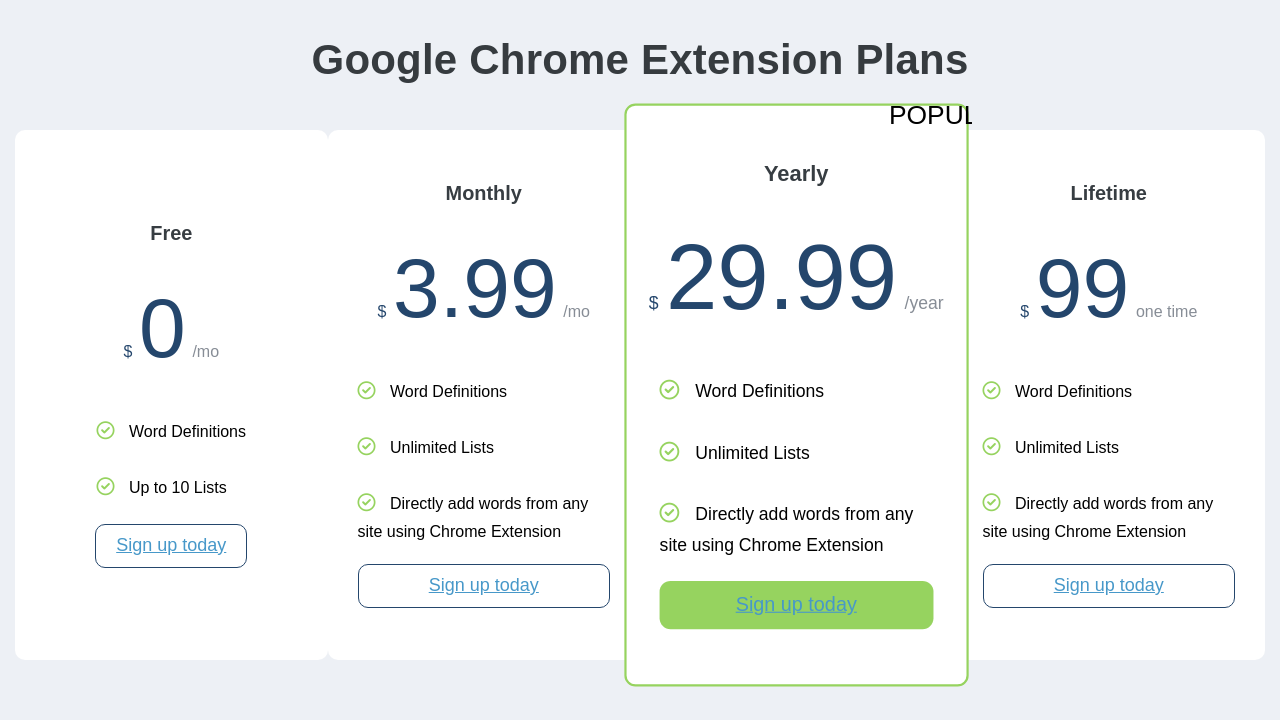
Repository: Novoselets28/chatos-test-task
Page: index.html
The author's editor kept a copy of each file at every save. The page is drawn from the files as they stood at one save, then again after the next save.
The browser window is 1280 px wide. The pictures show the whole page.

Above is the page before, as saved 2023-04-20 01:19:56.

### index.html
<!DOCTYPE html>
<html lang="en">
<head>
    <meta charset="UTF-8">
    <meta http-equiv="X-UA-Compatible" content="IE=edge">
    <meta name="viewport" content="width=device-width, initial-scale=1.0">
    <link rel="stylesheet" type="text/css" href="index.css" />
    <link rel="stylesheet" href="https://cdnjs.cloudflare.com/ajax/libs/font-awesome/6.0.0/css/all.min.css">
    <link rel="preconnect" href="https://fonts.googleapis.com">
    <link rel="preconnect" href="https://fonts.gstatic.com" crossorigin>
    <link href="https://fonts.googleapis.com/css2?family=Arimo:wght@400;700&family=Rubik&display=swap" rel="stylesheet">
    <title>Document</title>
</head>
<body>
    <div class="page__extension extension">
        <div class="extension__container _container">
            <div class="extension__header header-block">
                <h2 class="header-block__title">Google Chrome Extension Plans</h2>
            </div>
            <div class="extension__items">
                <!-- Modern pricing table - Free -->
                <div class="extension__item item-extension">
                    <h5 class="item-extension__title">Free</h5>
                    <div class="item-extension__price price-item">
                        <span class="price-item__dollar">$</span>
                        <span class="price-item__number">0</span>
                        <span class="price-item__label">/mo</span>
                    </div>
                    <div class="item-extension__points">
                        <ul class="item-extension__point point-list">
                            <li class="point-list__item">
                                <i class="icon fa-regular fa-circle-check" style="color: #96d35f;"></i>
                                Word Definitions
                            </li>
                            <li class="point-list__item">
                                <i class="icon fa-regular fa-circle-check" style="color: #96d35f;"></i>
                                Up to 10 Lists
                            </li>
                        </ul>
                        <a href="https://boostvocab.com/register" class="item-extension__button">Sign up today</a>
                    </div>

                </div>
                <!-- END : Modern pricing table - Free -->
                <!-- Modern pricing table - MOnthly -->
                <div class="extension__item item-extension">
                    <h5 class="item-extension__title">Monthly</h5>
                    <div class="item-extension__price price-item">
                        <span class="price-item__dollar">$</span>
                        <span class="price-item__number">3.99</span>
                        <span class="price-item__label">/mo</span>
                    </div>
                    <div class="item-extension__points">
                        <ul class="item-extension__point point-list">
                            <li class="point-list__item">
                                <i class="icon fa-regular fa-circle-check" style="color: #96d35f;"></i>
                                Word Definitions
                            </li>
                            <li class="point-list__item">
                                <i class="icon fa-regular fa-circle-check" style="color: #96d35f;"></i>
                                Unlimited Lists
                            </li>
                            <li class="point-list__item">
                                <i class="icon fa-regular fa-circle-check" style="color: #96d35f;"></i>
                                Directly add words from any site using Chrome Extension
                            </li>
                        </ul>
                        <a target="new" href="https://buy.stripe.com/5kAdRpbLh3k71RS6oo" class="item-extension__button">Sign up today</a>
                    </div>
                </div>
                <!-- END : Modern pricing table - Monthly -->
                <!-- Modern pricing table - Yearly -->
                <div class="extension__item item-extension item-extension_active">
                    <div class="item-extension__ribbon"><span>POPULAR</span></div>
                    <h5 class="item-extension__title">Yearly</h5>
                    <div class="item-extension__price price-item">
                        <span class="price-item__dollar">$</span>
                        <span class="price-item__number">29.99</span>
                        <span class="price-item__label">/year</span>
                    </div>
                    <div class="item-extension__points">
                       <ul class="item-extension__point point-list">
                            <li class="point-list__item">
                                <i class="icon fa-regular fa-circle-check" style="color: #96d35f;"></i>
                                Word Definitions
                            </li>
                            <li class="point-list__item">
                                <i class="icon fa-regular fa-circle-check" style="color: #96d35f;"></i>
                                Unlimited Lists
                            </li>
                            <li class="point-list__item">
                                <i class="icon fa-regular fa-circle-check" style="color: #96d35f;"></i>
                                Directly add words from any site using Chrome Extension
                            </li>
                        </ul>
                        <a target="new" href="https://buy.stripe.com/aEU6oX3eL6wjdAA7st" class="item-extension__button">Sign up today</a>
                    </div>
                </div>
                <!-- END : Modern pricing table - Yearly -->
                <!-- Modern pricing table - Lifetime -->
                <div class="extension__item item-extension">
                    <h5 class="item-extension__title">Lifetime</h5>
                    <div class="item-extension__price price-item">
                        <span class="price-item__dollar">$</span>
                        <span class="price-item__number">99</span>
                        <span class="price-item__label">one time</span>
                    </div>
                    <div class="item-extension__points">
                        <ul class="item-extension__point point-list">
                            <li class="point-list__item">
                                <i class="icon fa-regular fa-circle-check" style="color: #96d35f;"></i>
                                Word Definitions
                            </li>
                            <li class="point-list__item">
                                <i class="icon fa-regular fa-circle-check" style="color: #96d35f;"></i>
                                Unlimited Lists
                            </li>
                            <li class="point-list__item">
                                <i class="icon fa-regular fa-circle-check" style="color: #96d35f;"></i>
                                Directly add words from any site using Chrome Extension
                            </li>
                        </ul>
                        <a target="new" href="https://buy.stripe.com/4gwfZxbLh8Er54428a" class="item-extension__button">Sign up today</a>
                    </div>
                </div>
            </div>
            <!-- END : Modern pricing table - Lifetime -->
        </div>
    </div>
</body>
</html>

### index.css
*{
    margin: 0;
    padding: 0;
    box-sizing: border-box;
}

.extension__container{
    background-color: #edf0f5;
}

._container{
    max-width: 1440px;
    height: 100vh;
    padding: 0 0.9375rem;
    margin: 0 auto;
    box-sizing: content-box;
    font-family: 'Arimo', sans-serif;
}

@media (max-width: 1024px){
    ._container{
        width: 100%;
        height: auto;
    }
}

@media (max-width: 768px){
    ._container{
        width: 100%;
        height: auto;
    }
}

@media (max-width: 425px){
    ._container{
        width: 100%;
        height: auto;
    }
}

@media (max-width: 375px){
    ._container{
        width: 100%;
        height: auto;
    }
}

.extension__header{
    margin: 0 0 2.5rem 0;
    padding: 1.875rem 0 0;
}

.header-block{
    text-align: center;
}

.header-block__title{
    font-size: 2.625rem;
    letter-spacing: 0.2px;
    font-weight: 700;
    line-height: 142%;
    color: #363b3f;
}

@media (max-width: 425px){
    .header-block__title{
        font-size: 1.625rem;
    }
}

.extension__items{
    display: flex;
    align-items: stretch;
    justify-content: center;
    font-family: inherit;
    font-size: 1.5rem;
}

@media (max-width: 1024px){
    .extension__items{
        display: flex;
        flex-wrap: wrap;

    }
}

@media (max-width: 768px){
    .extension__items{
        display: flex;
        flex-wrap: wrap;
        width: 100%;
    }
}

@media (max-width: 425px){
    .extension__items{
        display: flex;
        justify-content: center;
        flex-wrap: wrap;
        width: 400px;
    }
}

@media (max-width: 375px){
    .extension__items{
        display: flex;
        justify-content: center;
        flex-wrap: wrap;
        width: 350px;
    }
}

.extension__item{
    flex: 0 1 25%;
}


.item-extension{
    display: flex;
    flex-direction: column;
    justify-content: center;
    align-items: center;
    background-color: #fff;
    padding: 1.875rem 0;
    border-radius: 0.625rem;
}

@media (max-width: 1024px){
    .extension__item{
        flex: 0 1 40%;
        margin: 15px;
    }
}

@media (max-width: 768px){
    .extension__item{
        flex: 0 1 60%;
        margin: 15px;
    }
}

@media (max-width: 425px){
    .extension__item{
        flex: 0 1 80%;
        margin: 15px;
    }
}

@media (max-width: 375px){
    .extension__item{
        flex: 0 1 80%;
        margin: 15px;
    }
}

.item-extension_active{
    border: 2px solid #96d35f;
    left: 0px;
    position: relative;
    top: 0px;
    padding: 3.125rem 0;
    transform: scale(1.1);
    z-index: 1;
}

.item-extension_active .item-extension__button{
    background-color: #96d35f;
    border: none;
}

.item-extension__ribbon {
    width: 4.6875rem;
    height: 4.6875rem;
    position: absolute;
    top: -0.3125rem;
    right: -0.3125rem;
    overflow: hidden;
}

.ribbon span {
    position: absolute;
    font-family: 'Arimo', sans-serif;
    font-weight: bold;
    top: 1.25rem;
    right: -1.125rem;
    transform: rotate(45deg);
    width: 6.25rem;
    background: #eb0c0c;
    padding: 5px 0;
    color: #fff;
    text-align: center;
    font-size: 0.75rem;
    box-shadow: 0 0.3125rem 0.625rem rgba(0,0,0,0.12);
}

.item-extension__title{
    color: #373d42;
    margin: 0 0 2.1875rem;
}

.item-extension__price{
    color: #24466c;
}

.price-item{
    margin: 0 0 1.5625rem;
    font-size: 1.5rem;
    text-align: center;
    font-family: 'Poppins', sans-serif;
    font-weight: lighter;
}

@media (max-width: 1024px){
    .price-item{
        font-size: 1rem;
    }
}

.price-item__dollar{
    font-size: 1rem;
}

.price-item__number{
    text-transform: uppercase;
    font-size: 5.25rem;
}

@media (max-width: 1024px){
    .price-item__number{
        font-size: 3.25rem;
    }
}

.price-item__label{
    color: #878d96;
    font-size: 1rem;
}

.item-extension__points{
    display: flex;
    flex-direction: column;
    justify-content: center;
    align-items: center;
    margin: 0 1.875rem;
}

@media (max-width: 1024px){
    .item-extension__points{
        margin: 0 0.875rem;
    }
}

.item-extension__point{
    color: inherit;
    font-weight: 400;
    line-height: 150%;
    font-size: 1rem;
    display: flex;
    flex-direction: column;
    justify-content: space-around;
    align-items: center;
    margin: 0 0 0.625rem;
}

.point-list__item .icon{
    content: "f058";
    font-family: "Font Awesome 6 Free";
    font-size: 1.125rem;
    line-height: 2;
    padding: 0 0.625rem 0 0;
}

.point-list__item{
    list-style-type: none;
    width: 100%;
    padding: 0.625rem 0;
}

@media (max-width: 1024px){
    .point-list__item{
        padding: 0.125rem 0;
    }
}

.item-extension__button{
    border: 1px solid #24466c;
    min-height: 2.75rem;
    display: flex;
    font-weight: 400;
    justify-content: center;
    align-items: center;
    line-height: 120%;
    padding: 0.3125rem 1.25rem;
    text-align: center;
    border-radius: 0.625rem;
    width: 100%;
    color: #4798c9;
    font-size: 1.125rem;
}

After the next save:
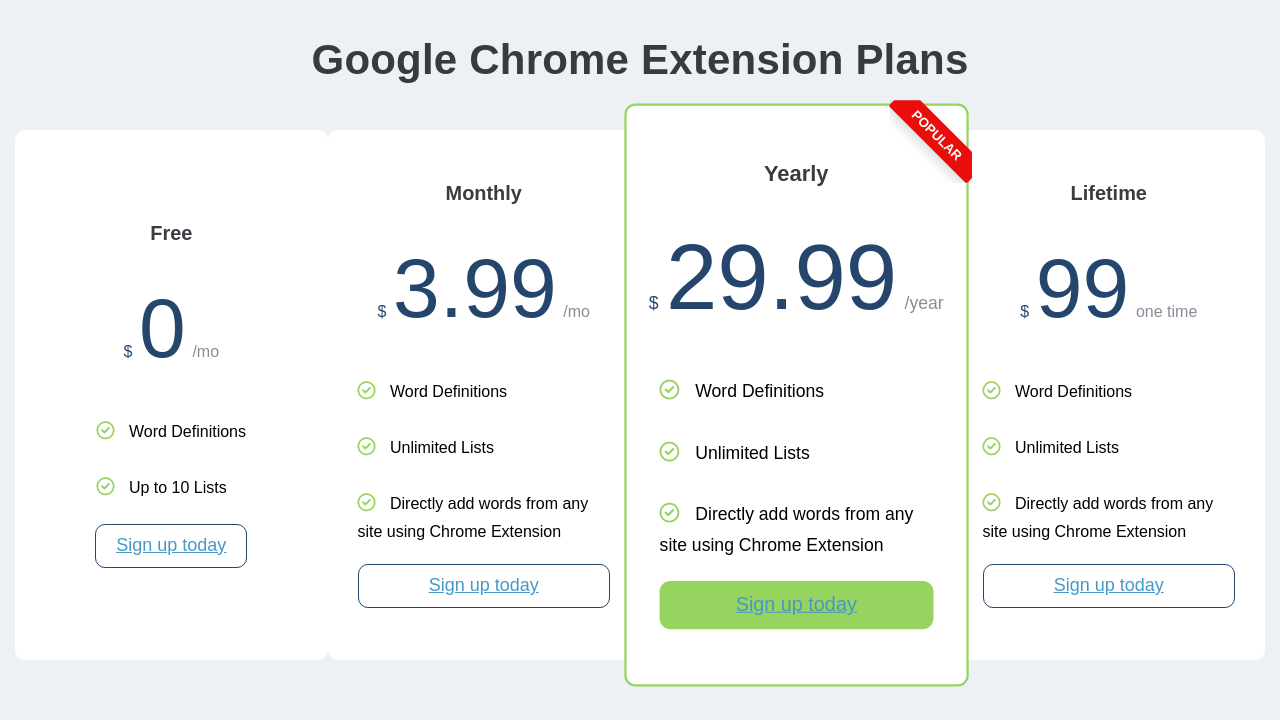
Saved 24 s later.
--- a/index.css
+++ b/index.css
@@ -177,7 +177,7 @@
     overflow: hidden;
 }
 
-.ribbon span {
+.item-extension__ribbon span {
     position: absolute;
     font-family: 'Arimo', sans-serif;
     font-weight: bold;
